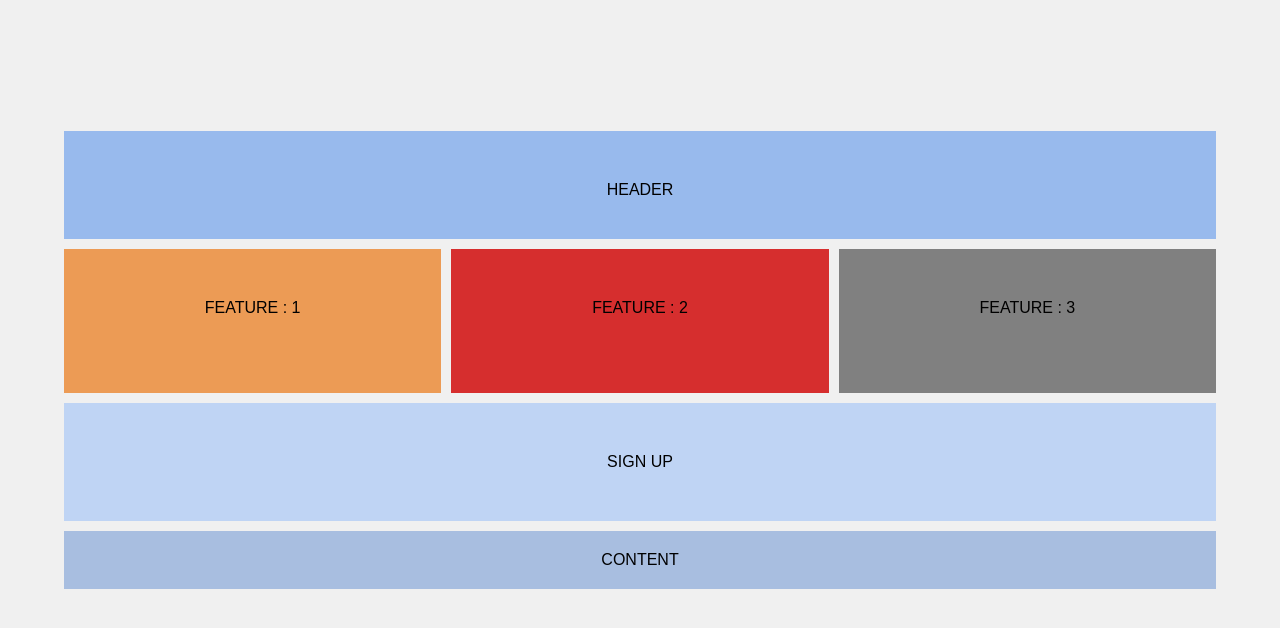
Repository: viveknaidu007/repo-152-FSD-InnomaticsTasksSep2024
Page: task_3/index.html
The author's editor kept a copy of each file at every save. The page is drawn from the files as they stood at one save, then again after the next save.
The browser window is 1280 px wide. The pictures show the whole page.

Above is the page before, as saved 2024-10-02 11:58:24.

After the next save:
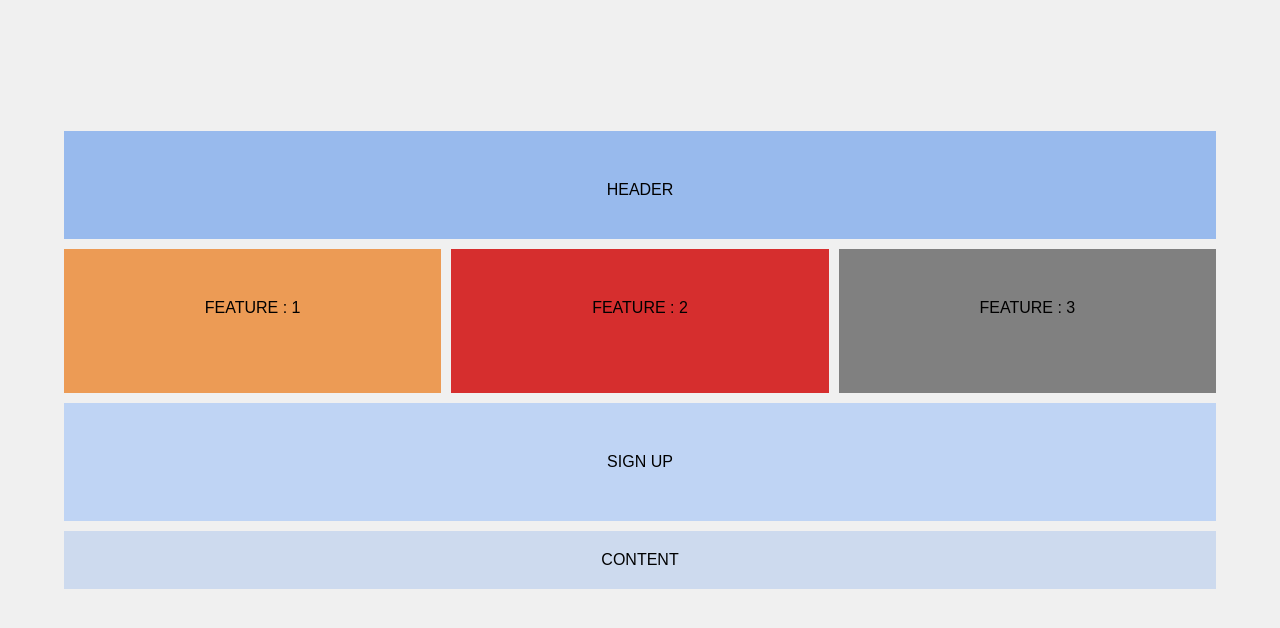
Saved 4 s later.
--- a/task_3/styles.css
+++ b/task_3/styles.css
@@ -24,7 +24,7 @@
 
   .content {
     grid-area: content;
-    background-color: #9fb8dfe1;
+    background-color: #c9d8eee1;
     text-align: center;
     padding: 20px;
   }
